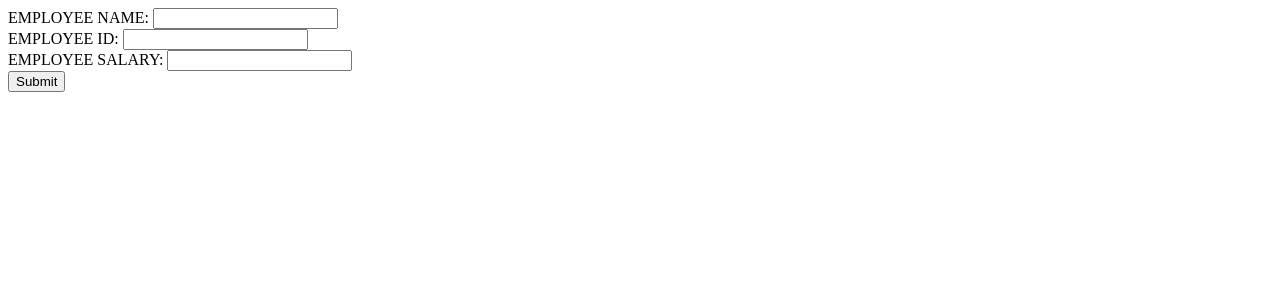
Repository: sakshipatil1305/Sak
Page: http://localhost/JSP_Action/
The author's editor kept a copy of each file at every save. The page is drawn from the files as they stood at one save, then again after the next save.
The browser window is 1280 px wide. The pictures show the whole page.
The page is served by Tomcat 9.

Above is the page before, as saved 2018-08-20 07:01:15.

After the next save:
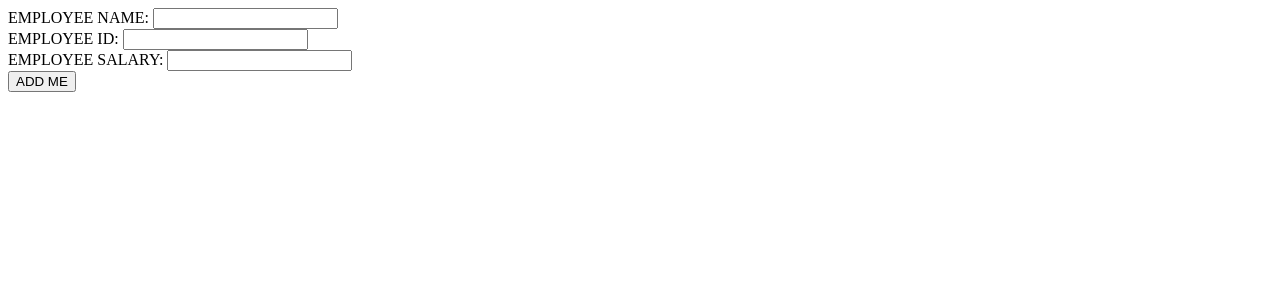
Saved 108 min 11 s later.
--- a/JSP_Action/WebContent/mypage.jsp
+++ b/JSP_Action/WebContent/mypage.jsp
@@ -11,7 +11,7 @@
 EMPLOYEE NAME: <input type="text" name="name"><br>
 EMPLOYEE ID: <input type="text" name="empid"><br>
 EMPLOYEE SALARY: <input type="text" name="salary"><br>
-<input type="submit" name="ADD ME">
+<input type="submit" value="ADD ME">
 </form>
 </body>
 </html>
